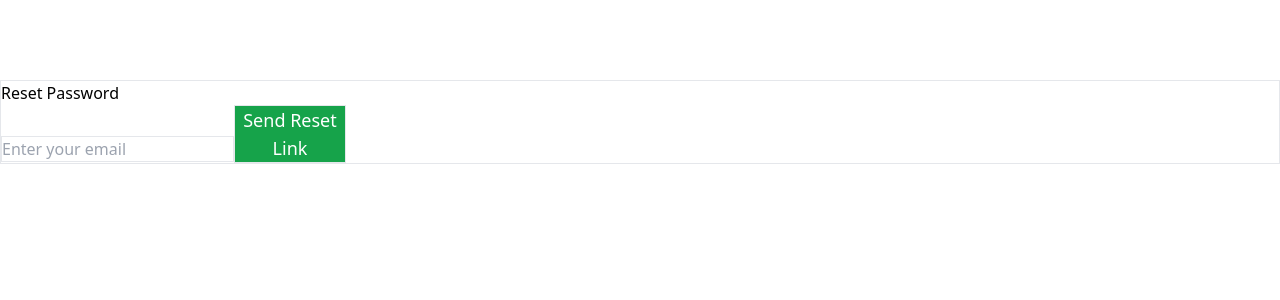
Repository: IssaMuiz/ifarmstock-admin
Page: /forgot-password
These files come from the project's save history. The page is drawn as it stood at one moment and after the next save; the edit follows.
The browser window is 1280 px wide. The pictures show the whole page.
The project was rebuilt for these pictures with package versions that can differ from the ones it lists, and the page was loaded fresh each time. The framework's server and built-in components were replaced by stand-ins that run in the browser. Also part of the build but not shown: next.config.mjs.

Above is the page before, as saved 2024-09-30 08:13:21.

### app/layout.tsx
import type { Metadata } from "next";
import localFont from "next/font/local";
import "./globals.css";
import ClientSessionProvider from "../components/clientSessionProvider";


const geistSans = localFont({
  src: "./fonts/GeistVF.woff",
  variable: "--font-geist-sans",
  weight: "100 900",
});
const geistMono = localFont({
  src: "./fonts/GeistMonoVF.woff",
  variable: "--font-geist-mono",
  weight: "100 900",
});

export const metadata: Metadata = {
  title: "iFarmStock-admin",
  description: "Generated by create next app",
};

export default function RootLayout({
  children,
}: Readonly<{
  children: React.ReactNode;
}>) {
  return (
    <html lang="en">
      <body
        className={`${geistSans.variable} ${geistMono.variable} antialiased`}
      >
        <ClientSessionProvider>{children}</ClientSessionProvider>
      </body>
    </html>
  );
}

### app/forgot-password/page.tsx
"use client";
import React from "react";
import { useState } from "react";
import axios from "axios";

const ForgotPassword = () => {
  const [email, setEmail] = useState("");
  const [message, setMessage] = useState("");
  const [loading, setLoading] = useState(false);

  const handleSubmit = async (e: React.FormEvent) => {
    e.preventDefault();
    setLoading(true);
    try {
      const res = await axios.post("/api/forgot-password", { email });
      if (res.status == 200 || res.status == 201) {
        console.log("link sent successfuly");
        setMessage("Password link has been sent to your email");
        setEmail("");
      }

      // eslint-disable-next-line @typescript-eslint/no-explicit-any
    } catch (error: any) {
      setMessage(error.res?.data?.message || "Something went wrong");
    } finally {
      setLoading(false);
    }
  };
  return (
    <div className="flex flex-col justify-center border mt-20">
      <h2>Reset Password</h2>
      <form className="" onSubmit={handleSubmit}>
        <input
          className="border"
          type="email"
          placeholder="Enter your email"
          value={email}
          onChange={(e) => setEmail(e.target.value)}
          required
        />
        <button
          className="border bg-green-600 hover:bg-green-700 w-28 text-white text-lg text-semibold"
          type="submit"
        >
          {loading ? "Sending...." : "Send Reset Link"}
        </button>
      </form>
      {message && <p>{message}</p>}
    </div>
  );
};

export default ForgotPassword;

### components/clientSessionProvider.tsx
"use client";

import { SessionProvider } from "next-auth/react";
import { ReactNode } from "react";

export default function ClientSessionProvider({
  children,
}: {
  children: ReactNode;
}) {
  return <SessionProvider>{children}</SessionProvider>;
}

Loaded but not shown: app/globals.css (common file); tailwind.config.ts (common file)

After the next save:
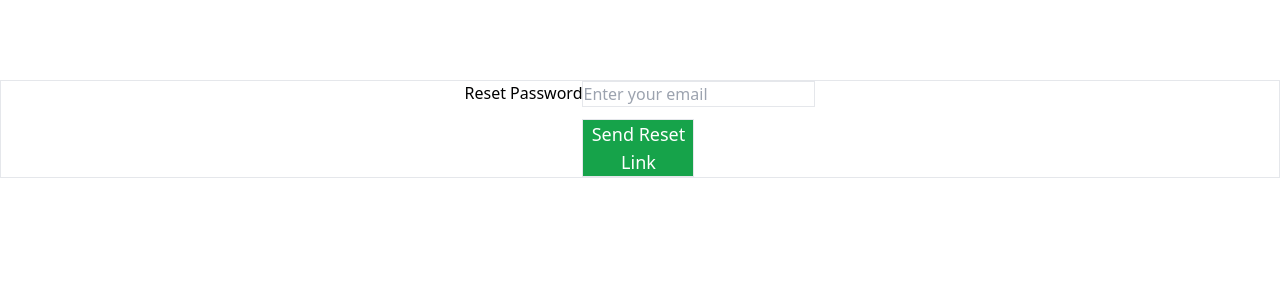
Saved 44 s later.
--- a/app/forgot-password/page.tsx
+++ b/app/forgot-password/page.tsx
@@ -27,9 +27,9 @@ const ForgotPassword = () => {
     }
   };
   return (
-    <div className="flex flex-col justify-center border mt-20">
+    <div className="flex justify-center border mt-20">
       <h2>Reset Password</h2>
-      <form className="" onSubmit={handleSubmit}>
+      <form className="flex flex-col gap-3" onSubmit={handleSubmit}>
         <input
           className="border"
           type="email"
